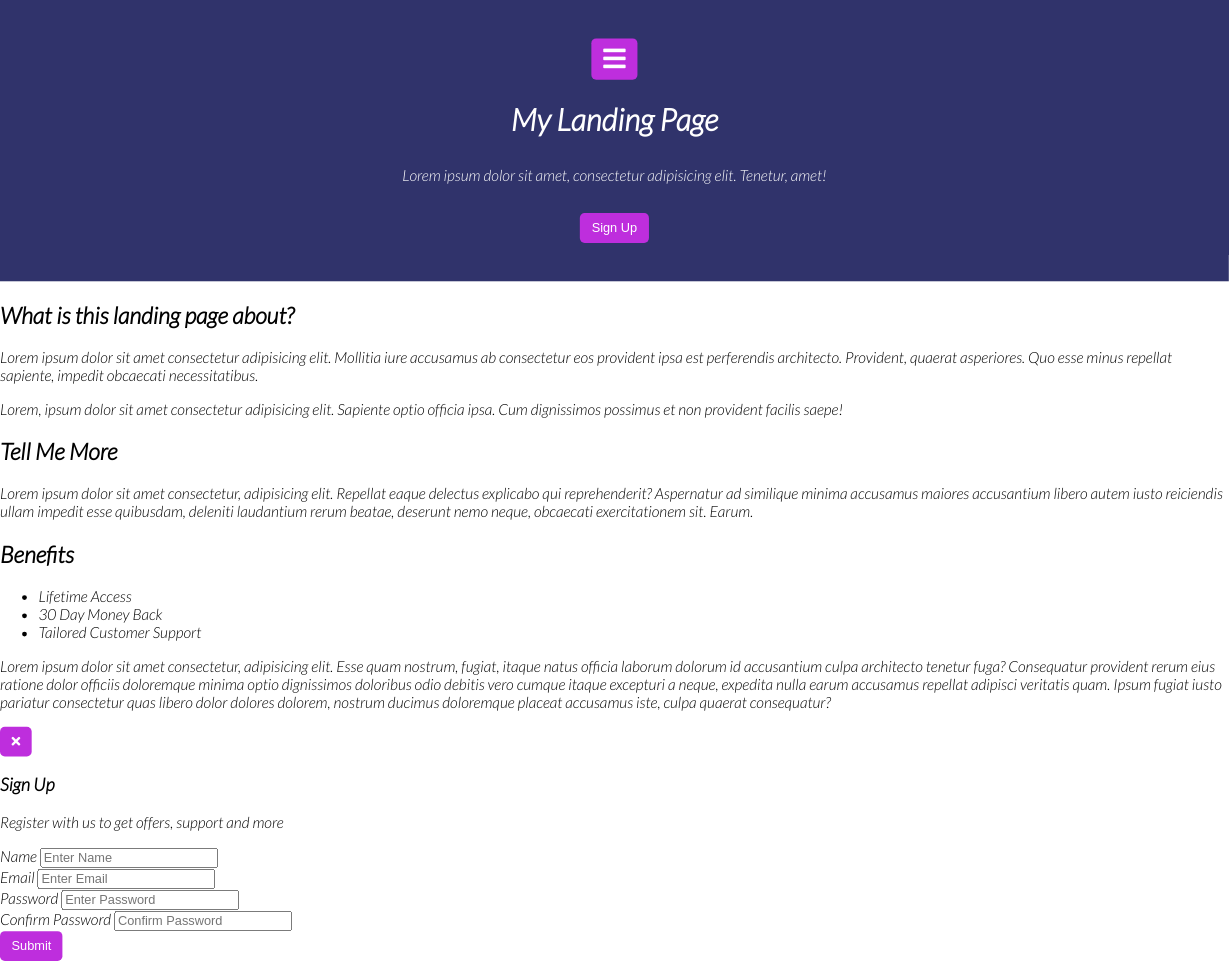
Repository: CAMPSLOPY/MenuSliderWithLandingPage
Page: index.html
These files come from the project's save history. The page is drawn as it stood at one moment and after the next save; the edit follows.
The browser window is 1280 px wide. The pictures show the whole page, at 96% of full size.
Some web libraries are served in a nearby version.

Above is the page before, as saved 2021-01-21 14:49:57.

### index.html
<!DOCTYPE html>
<html lang="en">
  <head>
    <meta charset="UTF-8" />
    <meta name="viewport" content="width=device-width, initial-scale=1.0" />
    <meta http-equiv="X-UA-Compatible" content="ie=edge" />
    <meta name="robots" content="index,follow" />
    <meta
      name="description"
      content="This App shows on menu bar is been controlled with Html,Css and Javascript.."
    />
    <link
      rel="stylesheet"
      href="https://cdnjs.cloudflare.com/ajax/libs/font-awesome/5.11.2/css/all.min.css"
      integrity="sha256-+N4/V/SbAFiW1MPBCXnfnP9QSN3+Keu+NlB+0ev/YKQ="
      crossorigin="anonymous"
    />
    <link rel="stylesheet" href="/styles.css" />
    <link rel="icon" href="" />
    <title>MenuSliderPage</title>
  </head>
  <body>
    <nav>
      <div class="logo">
        <img src="https://randomuser.me/api/portraits/men/76.jpg" alt="user" />
      </div>
      <ul>
        <li><a href="#">Home</a></li>
        <li><a href="#">Portfolio</a></li>
        <li><a href="#">Blog</a></li>
        <li><a href="#">Contact Me</a></li>
      </ul>
    </nav>

    <header>
      <button id="toggle" class="toggle">
        <i class="fa fa-bars fa-2x"></i>
      </button>

      <h1>My Landing Page</h1>

      <p>
        Lorem ipsum dolor sit amet, consectetur adipisicing elit. Tenetur, amet!
      </p>

      <button class="cta-btn" id="open">Sign Up</button>
    </header>

    <div class="container">
      <h2>What is this landing page about?</h2>
      <p>
        Lorem ipsum dolor sit amet consectetur adipisicing elit. Mollitia iure
        accusamus ab consectetur eos provident ipsa est perferendis architecto.
        Provident, quaerat asperiores. Quo esse minus repellat sapiente, impedit
        obcaecati necessitatibus.
      </p>
      <p>
        Lorem, ipsum dolor sit amet consectetur adipisicing elit. Sapiente optio
        officia ipsa. Cum dignissimos possimus et non provident facilis saepe!
      </p>

      <h2>Tell Me More</h2>

      <p>
        Lorem ipsum dolor sit amet consectetur, adipisicing elit. Repellat eaque
        delectus explicabo qui reprehenderit? Aspernatur ad similique minima
        accusamus maiores accusantium libero autem iusto reiciendis ullam
        impedit esse quibusdam, deleniti laudantium rerum beatae, deserunt nemo
        neque, obcaecati exercitationem sit. Earum.
      </p>

      <h2>Benefits</h2>
      <ul>
        <li>Lifetime Access</li>
        <li>30 Day Money Back</li>
        <li>Tailored Customer Support</li>
      </ul>

      <p>
        Lorem ipsum dolor sit amet consectetur, adipisicing elit. Esse quam
        nostrum, fugiat, itaque natus officia laborum dolorum id accusantium
        culpa architecto tenetur fuga? Consequatur provident rerum eius ratione
        dolor officiis doloremque minima optio dignissimos doloribus odio
        debitis vero cumque itaque excepturi a neque, expedita nulla earum
        accusamus repellat adipisci veritatis quam. Ipsum fugiat iusto pariatur
        consectetur quas libero dolor dolores dolorem, nostrum ducimus
        doloremque placeat accusamus iste, culpa quaerat consequatur?
      </p>
    </div>

    <!-- Modal -->
    <div class="modal-container" id="modal">
      <div class="modal">
        <button class="close-btn" id="close">
          <i class="fa fa-times"></i>
        </button>
        <div class="modal-header">
          <h3>Sign Up</h3>
        </div>
        <div class="modal-content">
          <p>Register with us to get offers, support and more</p>
          <form class="modal-form">
            <div>
              <label for="name">Name</label>
              <input
                type="text"
                id="name"
                placeholder="Enter Name"
                class="form-input"
              />
            </div>
            <div>
              <label for="email">Email</label>
              <input
                type="email"
                id="email"
                placeholder="Enter Email"
                class="form-input"
              />
            </div>
            <div>
              <label for="password">Password</label>
              <input
                type="password"
                id="password"
                placeholder="Enter Password"
                class="form-input"
              />
            </div>
            <div>
              <label for="password2">Confirm Password</label>
              <input
                type="password"
                id="password2"
                placeholder="Confirm Password"
                class="form-input"
              />
            </div>
            <input type="submit" value="Submit" class="submit-btn" />
          </form>
        </div>
      </div>
    </div>
    <script src="app.js"></script>
  </body>
</html>

### styles.css
@import url("https://fonts.googleapis.com/css2?family=Lato:ital,wght@1,300&display=swap");

:root {
  --modal-duration: 1s;
  --primary-color: #30336b;
  --secondary-color: #be2edd;
}
* {
  box-sizing: border-box;
}
body {
  font-family: "Lato", sans-serif;
  margin: 0;
}

/* NAVBAR STYLING */
nav {
  width: 200px;
  height: 100vh;
  position: fixed;
  top: 0;
  left: 0;
  background-color: var(--primary-color);
  transform: translateX(-100%);
  border-right: 2px solid rgba(200, 200, 200, 0.1);
  color: #fff;
  z-index: 100;
}

nav .logo {
  text-align: center;
  padding: 30px 0;
  margin: auto;
}

nav img {
  width: 75px;
  height: 75px;
  border-radius: 50%;
}

nav ul {
  list-style-type: none;
  padding: 0;
  margin: 0;
}
nav ul li {
  border-bottom: 2px solid rgba(200, 200, 200, 0.1);
  padding: 20px;
}
nav ul li:first-of-type {
  border-top: 2px solid rgba(200, 200, 200, 0.1);
}
nav ul li a {
  text-decoration: none;
  color: #fff;
}
nav ul li a:hover {
  text-decoration: underline;
}

/* STYLING THE MAIN PAGE */

/* HEADER SECTION */
header {
  color: #fff;
  background-color: var(--primary-color);
  position: relative;
  text-align: center;
  width: 100vw;
  min-height: 20vh;
  padding: 2.5rem 0.9375rem;
}
header p {
  margin: 30px 0;
}
button,
input[type="submit"] {
  background-color: var(--secondary-color);
  border: 0;
  border-radius: 5px;
  padding: 8px 12px;
  color: #fff;
  cursor: pointer;
}
button:focus {
  outline: none;
}

.toggle{
    position: ab;
}

Loaded but not shown: app.js (no copy from this time; the picture is the same without it)

After the next save:
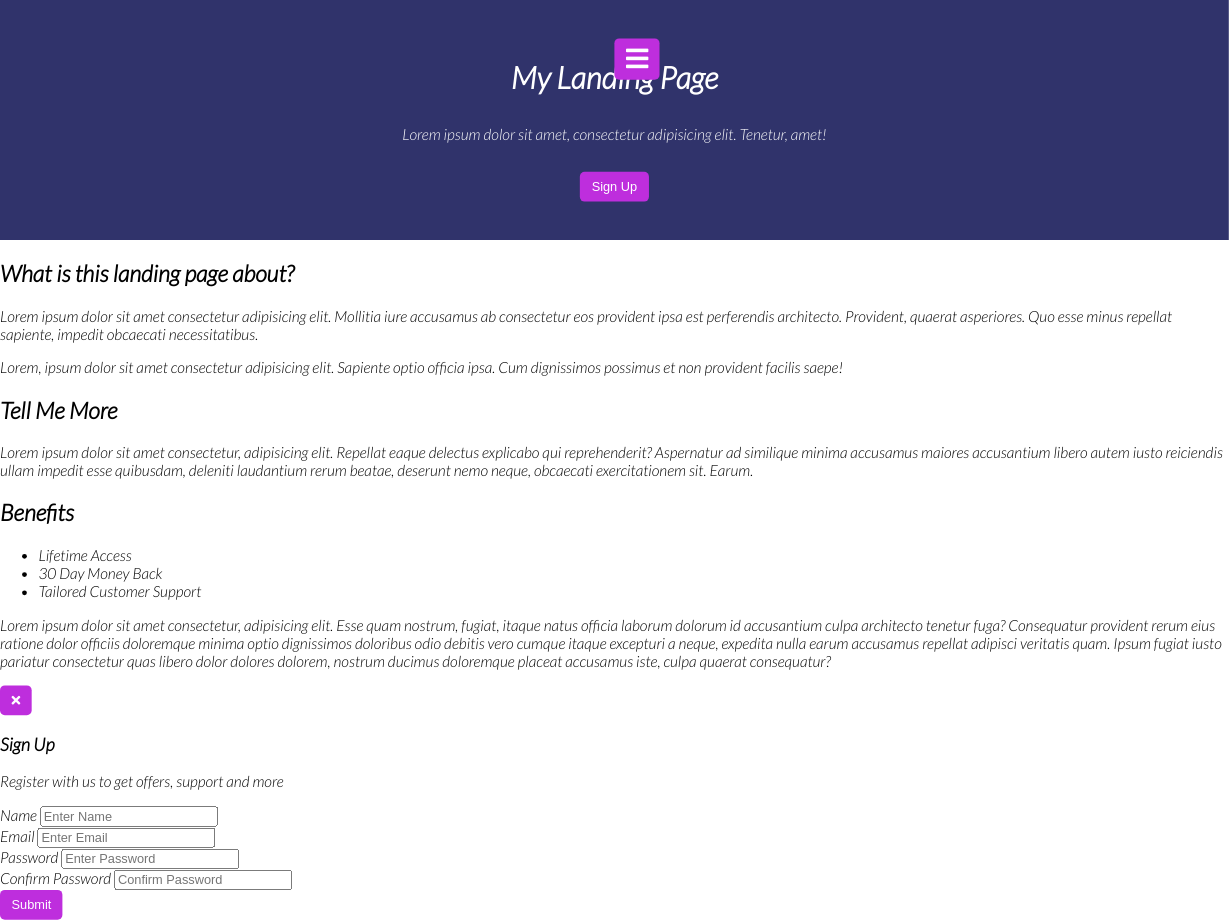
Saved 4 s later.
--- a/styles.css
+++ b/styles.css
@@ -88,5 +88,5 @@ button:focus {
 }
 
 .toggle{
-    position: ab;
+    position: absolute;
 }
